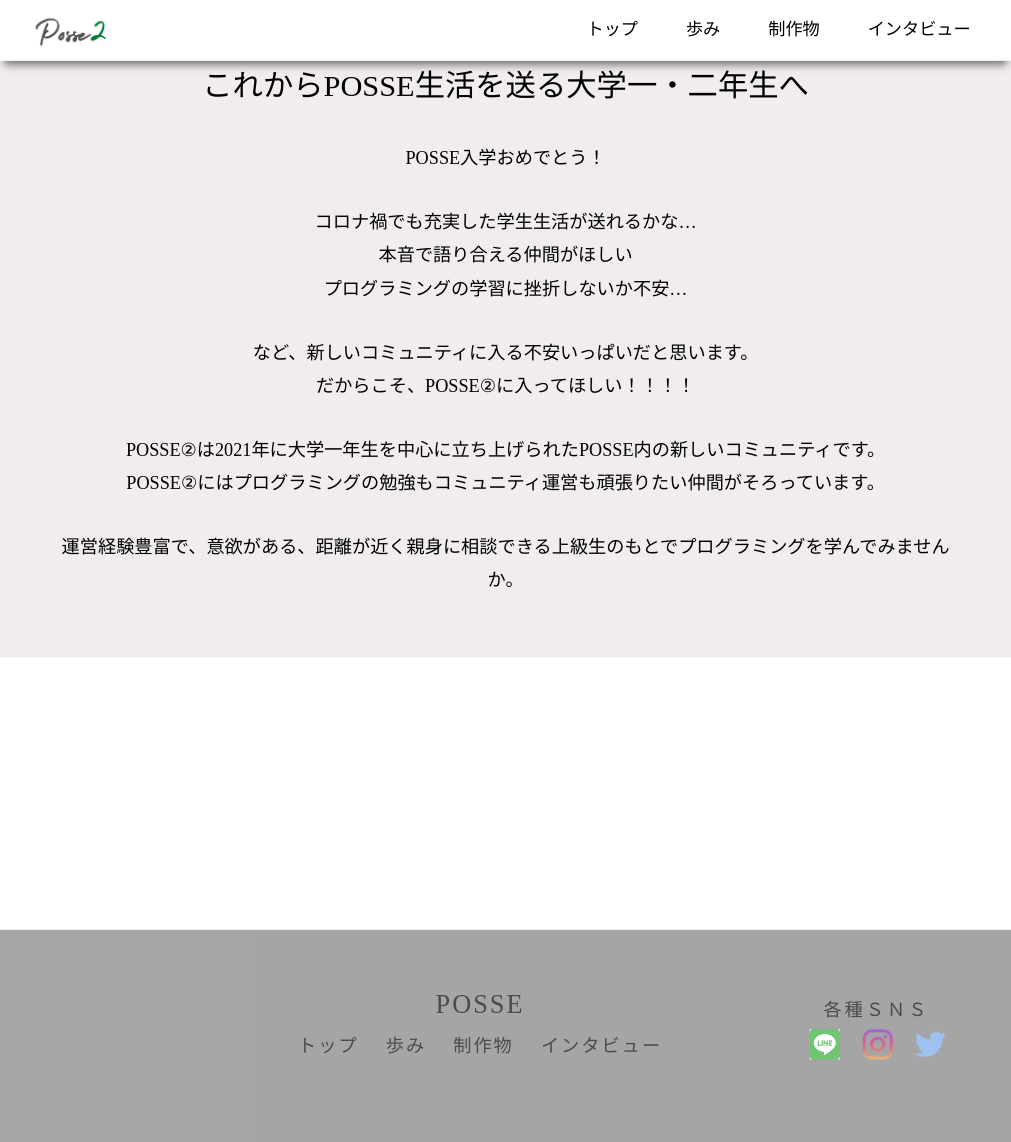
Repository: posse-ap/posse2-hackathon-202202-team2A
Page: topPage/index.html
The author's editor kept a copy of each file at every save. The page is drawn from the files as they stood at one save, then again after the next save.
The browser window is 1280 px wide. The pictures show the whole page, at 79% of full size.

Above is the page before, as saved 2022-02-15 03:12:50.

### topPage/index.html
<!DOCTYPE html>
<html lang="en">

<head>
    <meta charset="UTF-8" />
    <meta http-equiv="X-UA-Compatible" content="IE=edge" />
    <meta name="viewport" content="width=device-width, initial-scale=1.0" />
    <title>Document</title>
    <link rel="stylesheet" href="/reset.css" />
    <link rel="stylesheet" href="/topPage/style.css" />
</head>

<body>
    <!-- <header id="header" class="header">
        <div class="header_content">
            <div class="header_title">
                <img src="/topPage images/S__31211608.jpg" alt="" class="header_title_img">
            </div>
            <div class="header_links">
                <ul>
                    <li><a href="">トップページ</a></li>
                    <li><a href="">活動記録</a></li>
                    <li><a href="">日常の記録</a></li>
                    <li><a href="">保護者の方へ</a></li>
                </ul>
            </div>
        </div>
    </header> -->

    <header id="header" class="header">
        <div class="header_content">
            <div class="header_title">
                <img src="/topPage images/S__31211608.jpg" alt="" class="header_title_img">
            </div>
            <!-- ①サイトタイトル -->
            <div class="nav-wrapper header_links">
                <!-- ②ナビゲーションメニュー -->
                <nav class="header-nav">
                    <ul class="nav-list">
                        <li class="nav-item">
                            <a href="">トップ</a>
                        </li>
                        <li class="nav-item">
                            <a href="">歩み</a>
                        </li>
                        <li class="nav-item">
                            <a href="">制作物</a>
                        </li>
                        <li class="nav-item">
                            <a href="">インタビュー</a>
                        </li>
                    </ul>
                </nav>
            </div>
            <button class="burger-btn">
                <!-- ③ハンバーガーボタン -->
                <span class="bar bar_top"></span>
                <span class="bar bar_mid"></span>
                <span class="bar bar_bottom"></span>
            </button>
        </div>
    </header>

    <section class="section">
        <div>
            <h2>これからPOSSE生活を送る大学一・二年生へ</h2>
        <p>POSSE入学おめでとう！</p>
        <p>コロナ禍でも充実した学生生活が送れるかな…<br>
            本音で語り合える仲間がほしい<br>
            プログラミングの学習に挫折しないか不安…<br>
            </p>
        <p>など、新しいコミュニティに入る不安いっぱいだと思います。<br>
            だからこそ、POSSE②に入ってほしい！！！！
            </p>
        <p>POSSE②は2021年に大学一年生を中心に立ち上げられたPOSSE内の新しいコミュニティです。<br>
            POSSE②にはプログラミングの勉強もコミュニティ運営も頑張りたい仲間がそろっています。
        </p>
        <p>
            運営経験豊富で、意欲がある、距離が近く親身に相談できる上級生のもとでプログラミングを学んでみませんか。
        </p>
        </div>
    </section>



    <footer class="footer">
        <div class='footer_box'>
            <div class="footer_box1">
                <div class='footer_official_box'>
                    <label for="logo"><p>POSSE</p></label>
                    <!-- <a id='logo'  href="https://posse.anti-pattern.co.jp/"><img class='posse_logo_footer' src="img\posseLogo.png" alt="ポッセロゴ"></a> -->
                </div>
                <div class='footer_other_box'>
                    <div class='footer_page_in_site'>
                        <a href="">トップ</a>
                        <a href="">歩み</a>
                        <a href="">制作物</a>
                        <a href="">インタビュー</a>
                    </div>
                </div>
            </div>
            <div class='SNS'>
                <p>各種ＳＮＳ</p>
                <div class='SNS_box'>
                    <a href=""><img src="/topPage images/LINE.png" alt=""></a>
                    <a href="https://instagram.com/posse_programming?utm_medium=copy_link"><img src="/topPage images/instagram2.png" alt="instagram"></a>
                    <a href="https://twitter.com/posse_program?s=20"><img src="/topPage images/twitter2.png" alt="twitter"></a>
                </div>
            </div>
        </div>
    </footer>

    <script src="https://ajax.googleapis.com/ajax/libs/jquery/3.6.0/jquery.min.js"></script>
    <script src="/topPage/script.js"></script>
</body>

</html>

### topPage/style.css
html {
    font-size: 1vw;
}

body {
    text-align: center;
    margin: 0 auto;
    font-family: "ヒラギノ丸ゴ Pro W4", "ヒラギノ丸ゴ Pro", "Hiragino Maru Gothic Pro", "ヒラギノ角ゴ Pro W3", "Hiragino Kaku Gothic Pro", "HG丸ｺﾞｼｯｸM-PRO", "HGMaruGothicMPRO";
}

.header_content {
    width: 95%;
    height: 90%;
    display: flex;
    justify-content: space-between;
    opacity: 1;
    margin: 0 6rem 0.3rem 1rem;
}

.header_title {
    display: flex;
}

.header_title_img {
    display: block;
    width: 12rem;
    height: 4rem;
    opacity: 1;
}



.header_links {
    width: 40%;
    padding: 1rem 0 0 0;
}

.header_links ul {
    display: flex;
    justify-content: space-between;
}

.header_links li a {
    display: block;
    color: black;
    text-decoration: none;
    font-size: 1.7rem;
}

.header_links li a:hover {
    opacity: 0.4;
    transform: translate(0, -5px);
}


.header {
    width: 100%;
    height: 6rem;
    background: white;
    position: fixed;
    top: 0;
    left: 0;
    padding-top: 1.1rem;
    box-sizing: border-box;
    z-index: 5;
    box-shadow: 0px 10px 10px -5px rgba(0, 0, 0, 0.5);
}

.SNS_box{
    width: 150%;
}


/* -------------------- */
/* header
  /* -------------------- */
/* .header {
    align-items: center;
    background-color: #1b1310;
    border-bottom: 1px solid #fff;
    color: #fff;
    display: flex;
    height: 74px;
    justify-content: space-between;
    padding: 0 120px;
} */

/* .nav-list {

    display: flex;
} */

/* .nav-item {

    margin-right: 55px;
} */

.burger-btn {
    display: none;
}

/* ------------------ */
/* fv
  /* ------------------ */
.fv {
    align-items: center;
    background-color: #141414;
    background-image: url(../img/fv-bgi@2x.jpg);
    background-position: center;
    background-size: cover;
    display: flex;
    flex-direction: column;
    height: 90vh;
    justify-content: center;
}

/* .main-copy {
    border: 2px solid #fff;
    color: #fff;
    font-size: 50px;
    font-weight: bold;
    padding: 34px 42px;
} */

/* ------------------ */
/* about
  /* ------------------ */
.section-title {
    font-size: 36px;
    font-weight: bold;
    letter-spacing: .05em;
    margin-bottom: 70px;
    text-align: center;
}

h3 {
    font-size: 2.4rem;
    font-weight: bold;
    letter-spacing: .1em;
    line-height: 2;
    margin-bottom: 40px;
}

.section-wrapper {
    padding: 100px 10% 50px;
}

@media screen and (min-width:541px) and (max-width:1024px) {
    .header{
        height: 10rem;
    }

    .header_content{
        padding-top: 2rem;
    }

    .header_title_img{
        width: 100%;
        height: 70%;
    }

    .header_links li a{
        font-size: 2.7rem;
        margin-top: 0;
    }

    .header_links{
        width: 50%;
    }
}

@media screen and (max-width:540px) {

    /* ----------------------- */
    /* base_sp
    /* ----------------------- */
    /* デフォルトのbuttonスタイルをリセット */
    button {
        -webkit-appearance: none;
        -moz-appearance: none;
        appearance: none;
        background: transparent;
        border: 0;
        border-radius: 0;
        color: inherit;
        cursor: pointer;
        font: inherit;
        margin: 0;
        outline: none;
        padding: 0;
        vertical-align: middle;
    }

    /* ------------------ */
    /* humberger-menu */
    /* ------------------ */
    .header {
        padding: 0;
        height: 15rem;
    }

    .header_title_img{
        margin-top: 2rem;
        width: 30rem;
        height: 10rem;
    }

    /* 以下、ハンバーガーボタン */
    .burger-btn {
        display: block;
        height: 22%;
        position: relative;
        width: 20%;
        z-index: 3;
        /* codepenの挙動のため */
        background-color: transparent;
        border: none;
        margin-top: 6rem;
    }



    .bar {
        background-color: black;
        display: block;
        height: 0.1rem;
        left: 50%;
        position: absolute;
        transform: translateX(-50%);
        width: 7rem;
    }

    .bar_top {
        top: 3rem;
    }

    .bar_mid {
        top: 50%;
        transform: translate(-50%, -50%);
    }

    .bar_bottom {
        bottom: 3rem;
    }

    .burger-btn.close{
        margin-top: 8.4rem;
    }

    .burger-btn.close .bar_top {
        transform: translate(-50%,-4.3rem) rotate(45deg);
        transition: transform .3s;
    }

    .burger-btn.close .bar_mid {
        opacity: 0;
        transition: opacity .3s;
    }

    .burger-btn.close .bar_bottom {
        transform: translate(-50%, -1rem) rotate(-45deg);
        transition: transform .3s;
    }

    /* スクロール制御 */
    .noscroll {
        overflow: hidden;
    }

    /* 以下、ハンバーガーメニュー */
    .nav-wrapper {
        visibility: hidden;
        height: 100vh;
        left: 0;
        position: fixed;
        top: 0;
        width: 100vw;
        opacity: 0;
        transition: opacity .5s;
        z-index: 2;
        /*キービジュアルと.btn_triggerとの重なりの前後関係を調整*/
    }

    .header-nav {
        background-color: white;
        height: 100%;
        width: 100%;
        z-index: 2;
    }

    .header_links ul{
        display: block;
    }

    .nav-list {
        display: block;
        left: 50%;
        position: absolute;
        text-align: center;
        top: 50%;
        transform: translate(-50%, -50%);
    }

    .nav-item {
        margin-bottom: 40px;
        margin-right: 0;
    }

    .header_links li a{
        font-size: 5rem;
    }

    /* メニューオープン時 */
    .nav-wrapper.fade {
        opacity: 1;
        visibility: visible;
    }

    /* ------------------ */
    /* fv */
    /* ------------------ */
    .main-copy {
        font-size: 30px;
    }

    /* ------------------ */
    /* about */
    /* ------------------ */
    h3 {
        font-size: 20px;
        margin-bottom: 30px;
    }

    .section-wrapper {
        padding: 100px 5% 50px;
    }
}

/* ふったー */
.footer {
    background-color: grey;
    opacity: 0.7;
}

.footer_box {
    width: 65%;
    height: 15rem;
    display: flex;
    justify-content: space-around;
    padding: 6rem 0 0 0;
    position: relative;
    right: -23%;
    margin-top: 27rem;
}

.footer_official_box label p {
    color: black;
    font-size: 2.6rem;
    letter-spacing: 0.2rem;
}

.footer_official_box label p:hover {
    opacity: 0.4;
    transform: translate(0, -5px);
}

.footer_page_in_site a {
    color: black;
    text-decoration: none;
    font-size: 1.8rem;
    letter-spacing: 0.2rem;
}

.footer_page_in_site a:hover {
    opacity: 0.4;
    transform: translate(0, -5px);
}

.SNS {
    width: 14%;
}

.SNS_box a {
    margin: 1rem;
}

.SNS_box a img {
    width: 3rem;
    height: 3rem;
}

.SNS_box a :hover {
    opacity: 0.4;
    transform: translate(0, -5px);
}

.SNS p {
    color: black;
    font-size: 1.8rem;
    margin: 1rem 0;
    margin-left: 6rem;
    letter-spacing: 0.3rem;
    white-space: nowrap;
}

/* .SNS p:hover {
    opacity: 0.4;
    transform: translate(0, -5px);
} */

.posse_logo_footer {
    width: 80%;
    height: 40%;
}

.footer_other_box {
    font-size: 1.5rem;
    letter-spacing: 0.3rem;
    margin: 2rem;
}

.footer_page_in_site a {
    margin: 0 1rem;
}

.SNS_box{width: 250%;}

@media screen and (min-width:541px) and (max-width:1024px) {
    .footer{
        height: 30rem;
    }

    .footer_official_box label p{
        font-size: 7rem;
    }

    .SNS p{
        display: block;
        margin-left: 0;
        margin: 3rem auto;
        font-size: 3rem;
        white-space: nowrap;
    }

    .footer_page_in_site a{
        font-size: 3rem;
    }

    .footer_box{
        width: 75%;
        display: block;
        right: -13%;
    }

    .SNS{
        margin: 0 auto;
        width: 100%;
    }

    .SNS_box{
        width: 100%;
    }


    .footer_official_box label p{
        font-size: 4rem;
    }

    .SNS_box a img {
        width: 5rem;
        height: 5rem;
    }
}


@media screen and (max-width:540px) {
    .footer_box {
        display: block;
        height: 20rem;
        margin:  20rem 0;
        right: -5%;
        width: 90%;
    }

    .footer_official_box label p{
        font-size: 10rem;
    }

    .footer_page_in_site a{
        font-size: 5rem;
        display: block;
    }

    .footer_page_in_site{
        display: block;
        line-height: 7rem;
    }

    .footer{
        height: 70rem;
    }

    .SNS{
        margin: 0 auto;
        width: 100%;
    }

    .SNS p{
        margin-left: 0;
        display: block;
        width: 50rem;
        margin: 3rem auto;
        font-size: 7rem;
        white-space: nowrap
    }

    .SNS_box{
        width: 100%;
    }

    .SNS_box a img {
        width: 7rem;
        height: 7rem;
    }
}

.section div {
    background-color: rgb(241, 237, 237);
    padding: 3rem;
}

.section div h2 {
    font-size: 3rem;
    margin: 4rem;
}

.section div p {
    font-size: 1.8rem;
    margin: 3rem;
    line-height: 3.3rem;
}

.section2 {
    padding: 7rem 0;
}

.highlight {
    background: linear-gradient(transparent 50%, #f6ff5f 80%);
}

### topPage/script.js
$('.burger-btn').on('click', function () {//.btn_triggerをクリックすると
    $('.burger-btn').toggleClass('close');//.btn_triggerにcloseクラスを付与(ボタンのアニメーション)
    $('.nav-wrapper').toggleClass('fade');//.nav-wrapperに
    $('body').toggleClass('noscroll');//bodyにnoscrollクラスを付与(スクロールを固定)
});

Loaded but not shown: reset.css (common file)

After the next save:
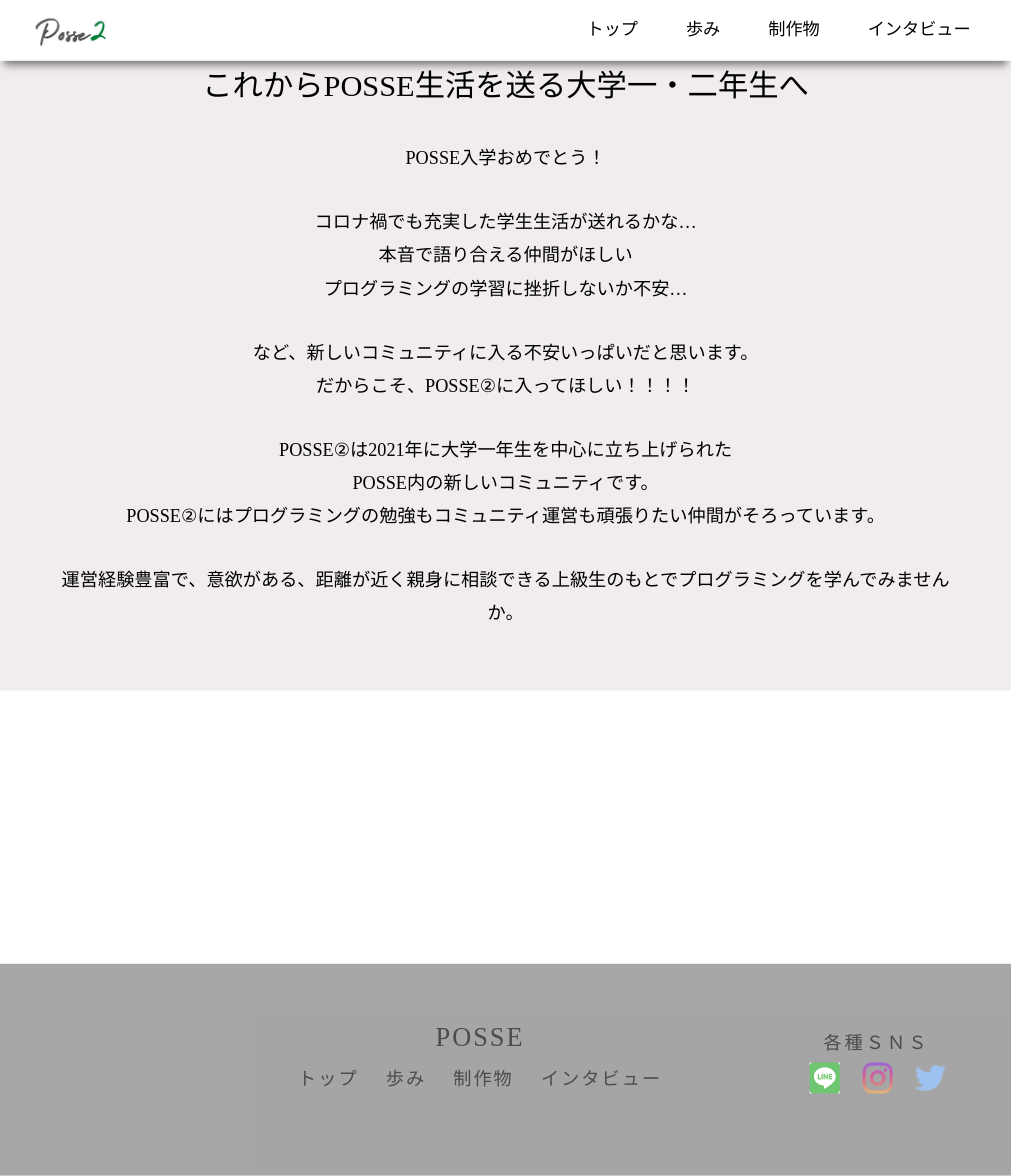
Saved 3 min 26 s later.
--- a/topPage/index.html
+++ b/topPage/index.html
@@ -72,7 +72,7 @@
         <p>など、新しいコミュニティに入る不安いっぱいだと思います。<br>
             だからこそ、POSSE②に入ってほしい！！！！
             </p>
-        <p>POSSE②は2021年に大学一年生を中心に立ち上げられたPOSSE内の新しいコミュニティです。<br>
+        <p>POSSE②は2021年に大学一年生を中心に立ち上げられた<br>POSSE内の新しいコミュニティです。<br>
             POSSE②にはプログラミングの勉強もコミュニティ運営も頑張りたい仲間がそろっています。
         </p>
         <p>
